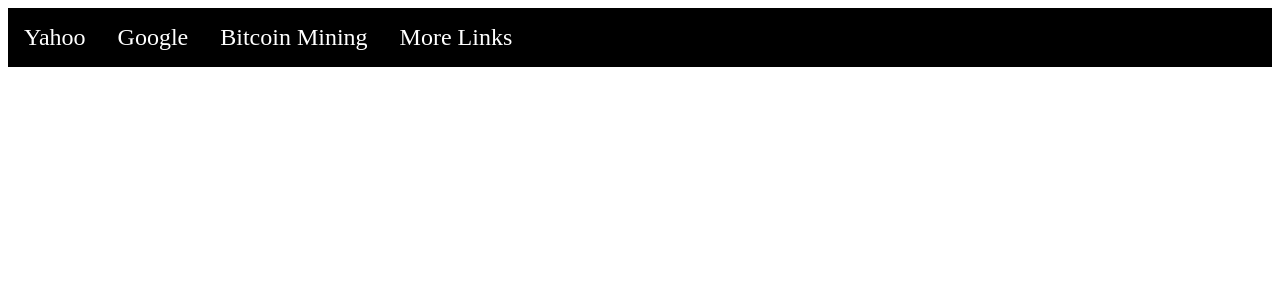
Repository: Starfishmas/Starfishmas.github.io
Page: index1.html
The author's editor kept a record of every edit. The page is drawn from the files as they stood at one moment, then again after the next edit.
The browser window is 1280 px wide. The pictures show the whole page.

Above is the page before.

### index1.html
<!DOCTYPE html>
<html>
  <head>

    <title>repl.it</title>

    <style>
      .navbar{
        background-color: black;
        width: 100%;
        height: 59px;
      }

      .navbar a{
        color: white;
        font-size: 24px;
        text-decoration: none;
        padding:16px;
        float:left;
      }

      .morelinks{
        color: white;
        font-size: 24px;
        text-decoration: none;
        padding:16px;
      }

      .navbar a:hover, .morelinks:hover{
        background-color: pink;
      }

      .dropdown:hover .dropdown-content{
        display:block;
      }

      .dropdown-content{
        position: absolute;
        z-index: 1;
        display:none;
        background-color:black;
      }

      .dropdown{
          background-color:black;
          color:white;
          float:left;
          text-decoration: none;
          font-size:16px;
      }

      .dropdown-content a{
          float:none;
          display:block;
      }




    </style>

  </head>
  <body>
    <div class="navbar">
      <a href="https://www.yahoo.com">Yahoo</a>
      <a href="https://www.google.com">Google</a>
      <a href="https://www.yahoo.com">Bitcoin Mining</a>
      <div class="dropdown">
        <div class="morelinks">More Links</div>
        <div class="dropdown-content">
          <a href="https://www.awseducate.com" logo="aws">AWS Educate</a>
          <a href="https://www.collegeboard.org">College Board</a>
        </div>
      </div>

    </div>

  </body>
</html>

After the next edit:
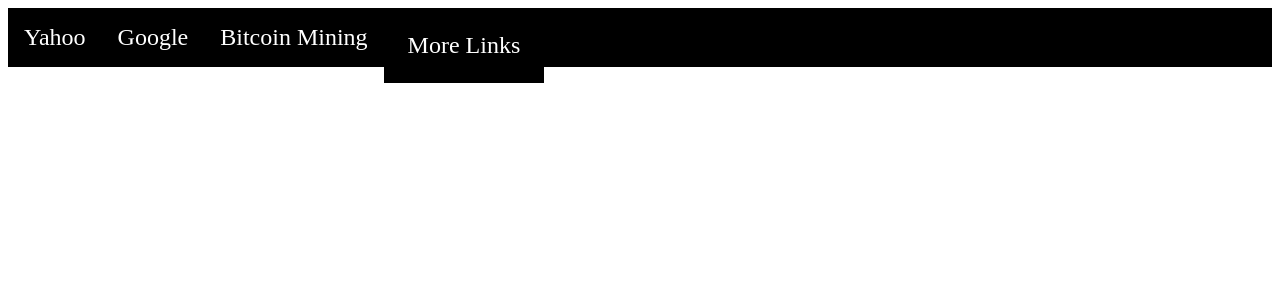
The edit:
--- a/index1.html
+++ b/index1.html
@@ -23,7 +23,7 @@
         color: white;
         font-size: 24px;
         text-decoration: none;
-        padding:16px;
+        padding:24px;
       }
 
       .navbar a:hover, .morelinks:hover{
